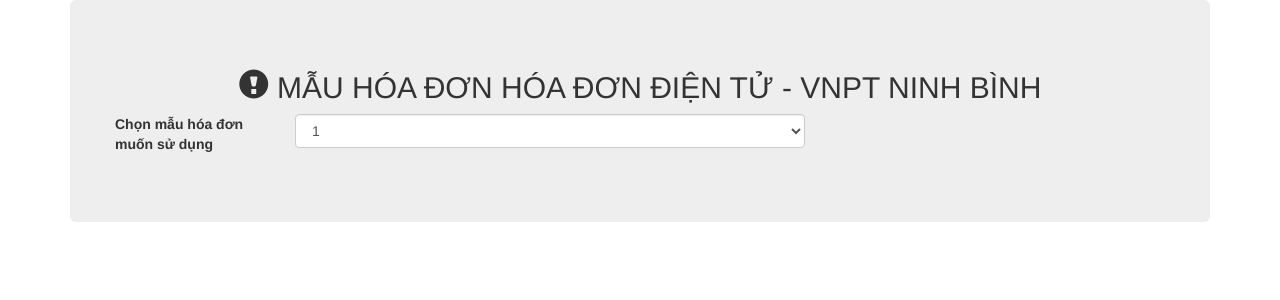
Repository: hoadonvnptninhbinh/hoadonvnptninhbinh
Page: index.html
These files come from the project's save history. The page is drawn as it stood at one moment and after the next save; the edit follows.
The browser window is 1280 px wide. The pictures show the whole page.

Above is the page before, as saved 2020-04-07 14:26:06.

After the next save:
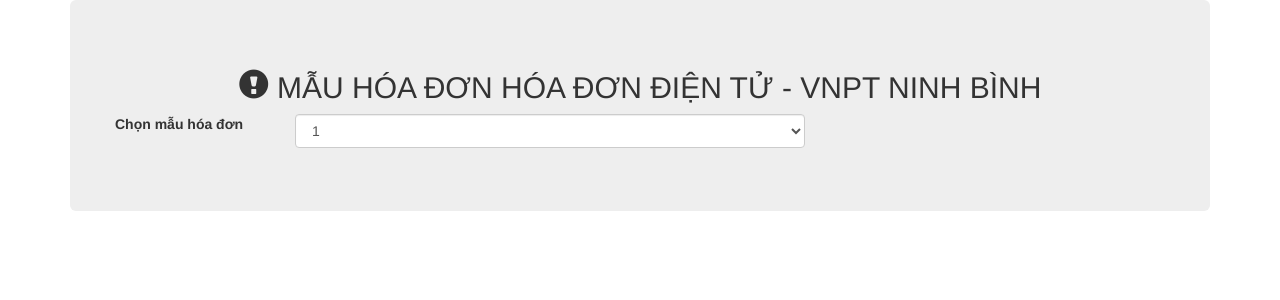
Saved 19 s later.
--- a/index.html
+++ b/index.html
@@ -18,7 +18,7 @@
             <h2 style="text-align: center;"><span class="glyphicon glyphicon-exclamation-sign"></span> MẪU HÓA ĐƠN HÓA ĐƠN ĐIỆN TỬ - VNPT NINH BÌNH</h2>
             <div class="row">
                 <div class="form-group row">
-                    <label for="inputPassword" class="col-sm-2 col-form-label">Chọn mẫu hóa đơn muốn sử dụng</label>
+                    <label for="inputPassword" class="col-sm-2 col-form-label">Chọn mẫu hóa đơn</label>
                     <div class="col-sm-6">
                         <select class="form-control" id="sel1">
                             <option>1</option>
